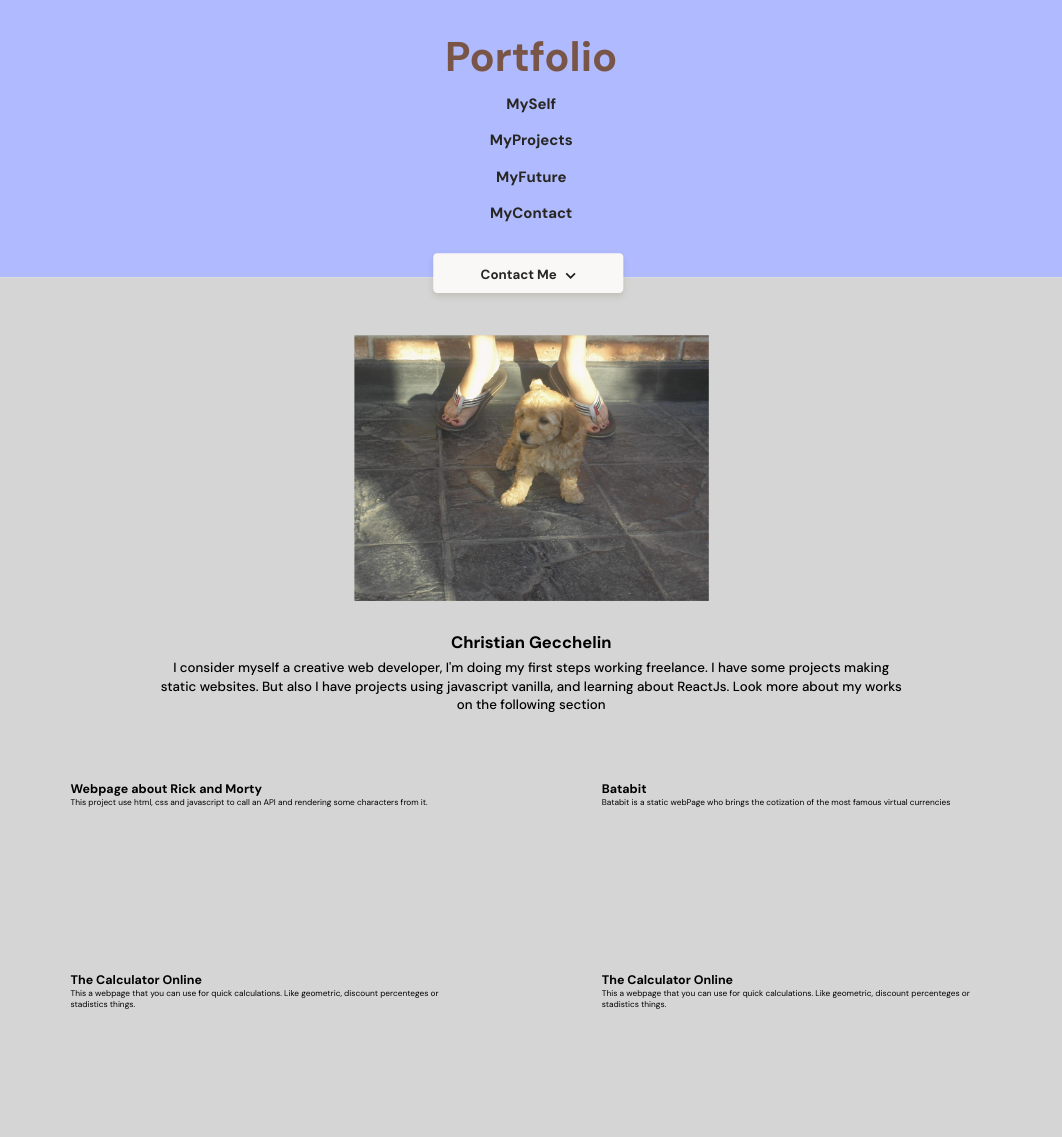
Repository: ChristianGecchelin/PortfolioOnline
Page: index.html
These files come from the project's save history. The page is drawn as it stood at one moment and after the next save; the edit follows.
The browser window is 1280 px wide. The pictures show the whole page, at 83% of full size.

Above is the page before, as saved 2022-01-10 11:11:58.

After the next save:
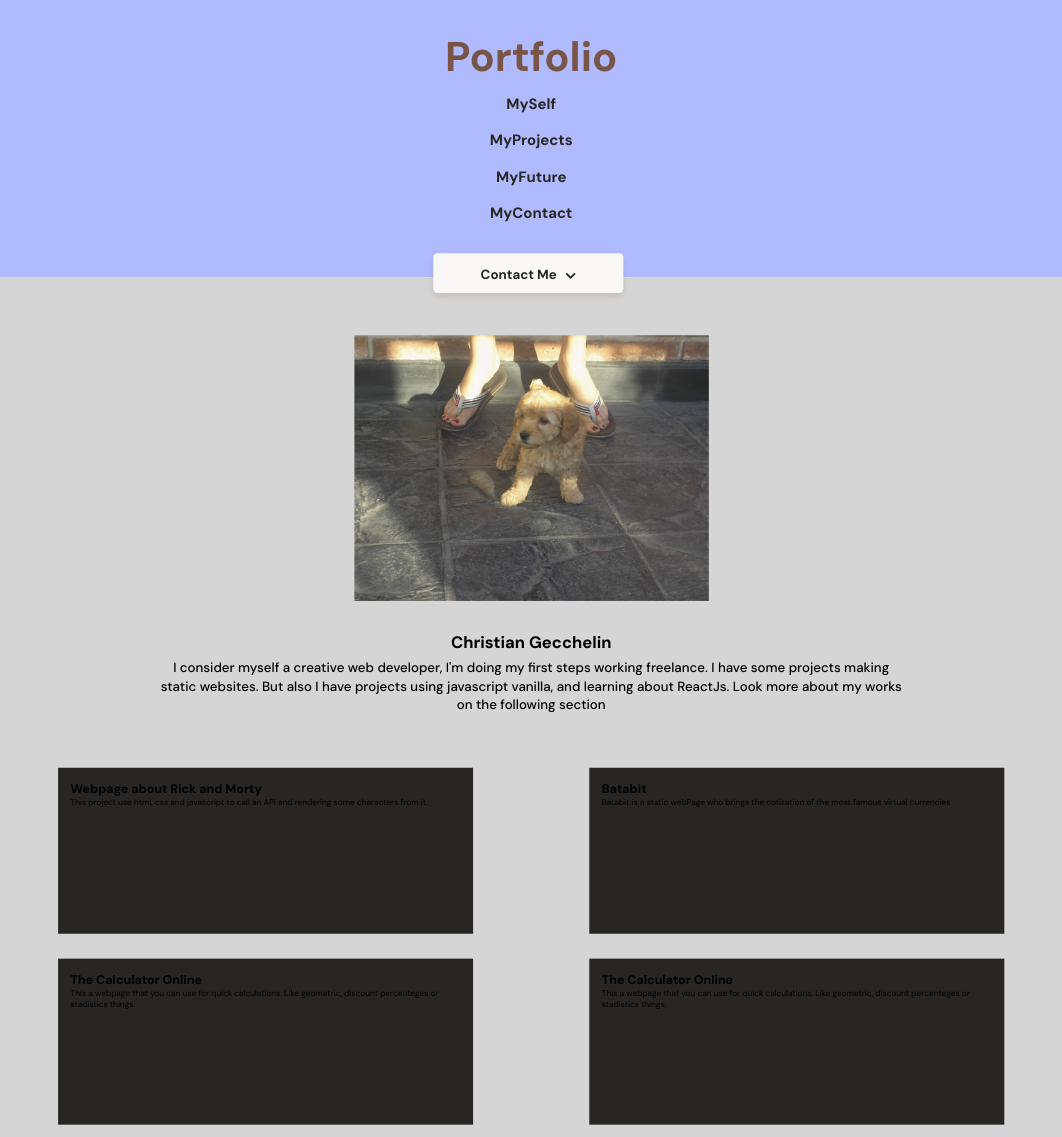
Saved 12 s later.
--- a/styles/styles.css
+++ b/styles/styles.css
@@ -145,4 +145,5 @@ main .principalContainer-mySelf {
   height: 200px;
   margin: 15px auto;
   padding: 15px;
+  background-color: var(--black);
 }
